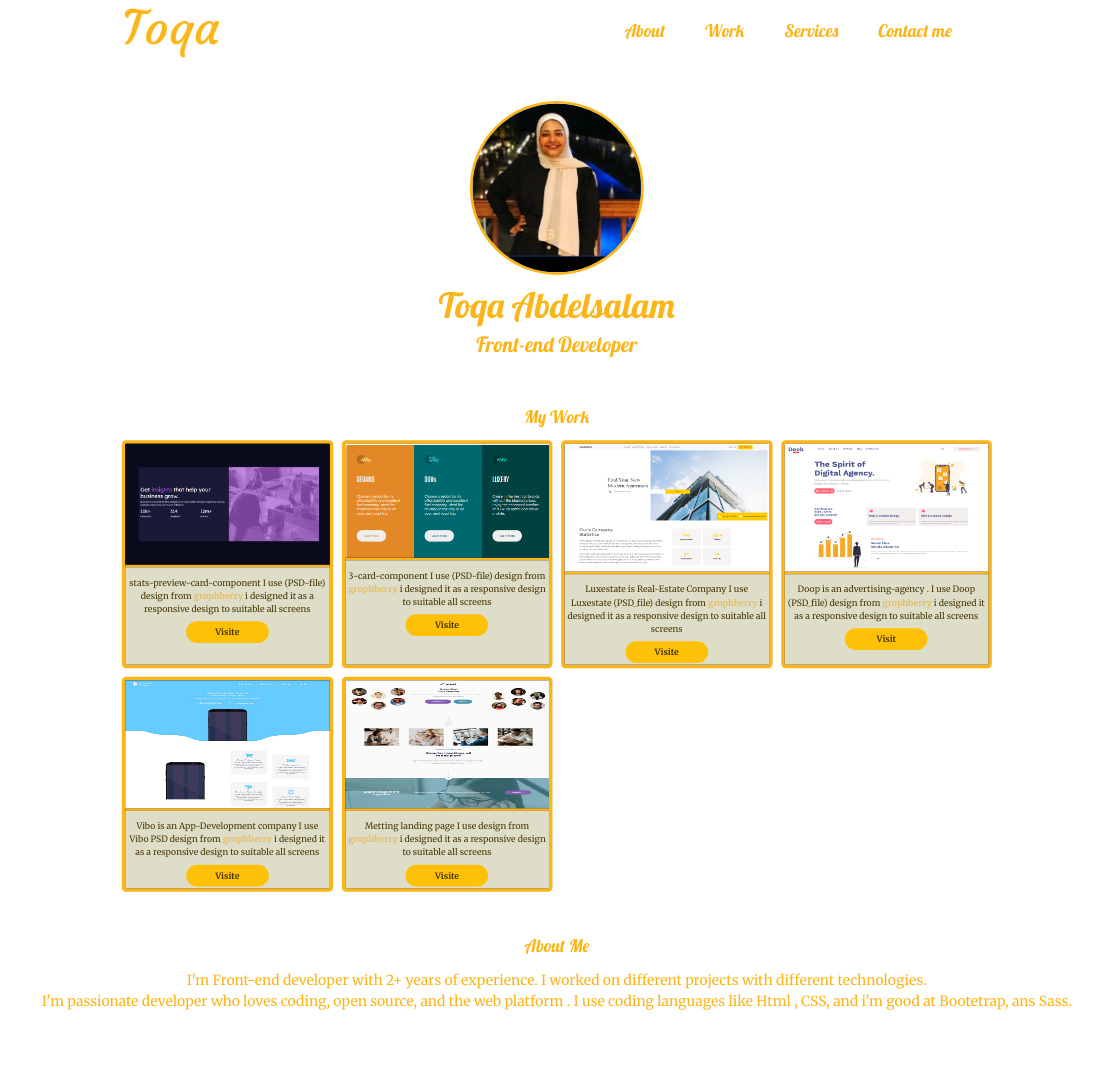
Repository: Toqa-25/portfolio
Page: index.html
An editor plug-in stored every save of this project. The page is shown before and after the next save, followed by the edit.
The browser window is 1280 px wide. The pictures show the whole page, at 87% of full size.
Some web fonts or font styles are not loaded; a fallback is used.

Above is the page before, as saved 2021-10-31 15:48:04.

After the next save:
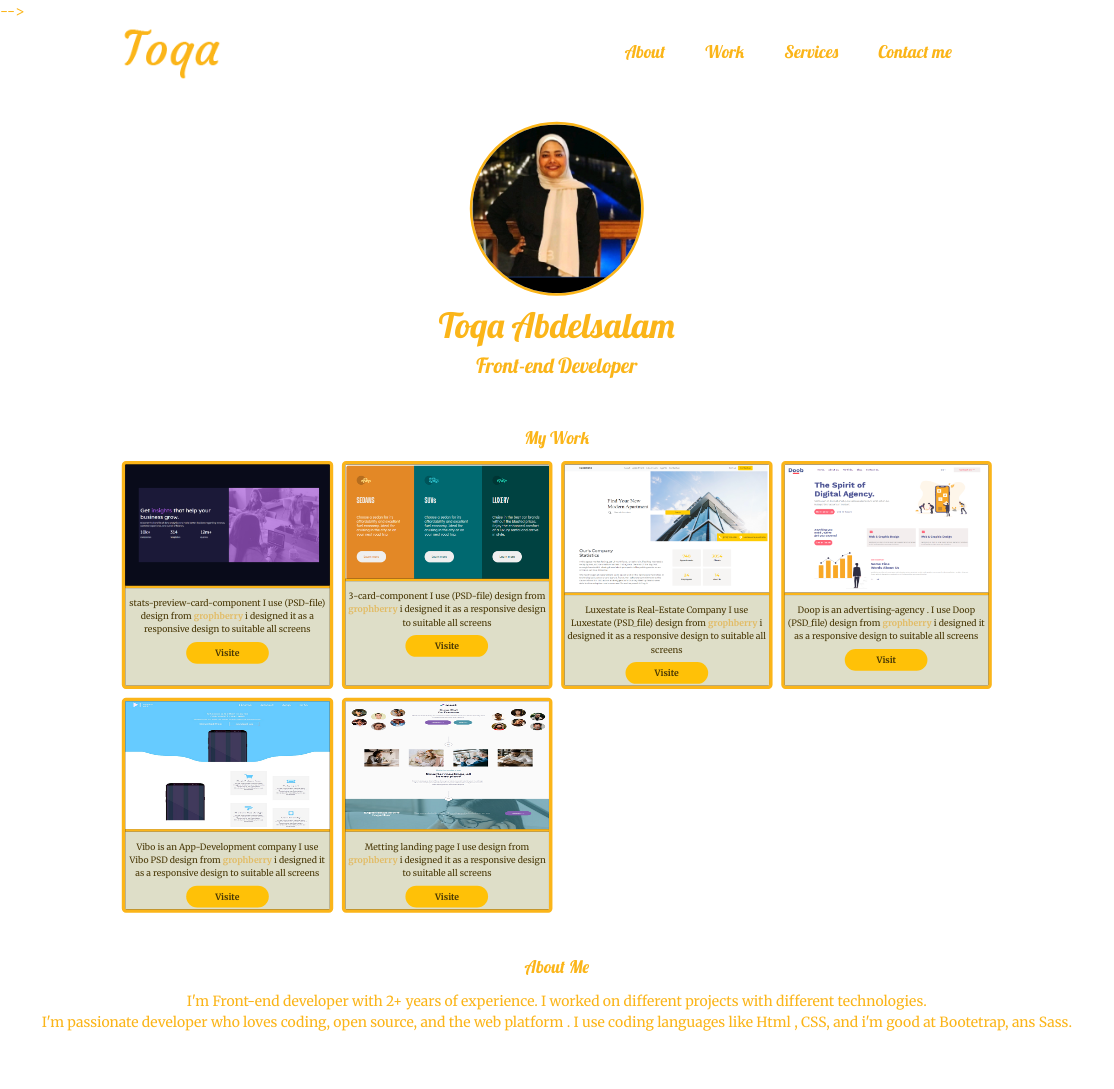
Saved 6 s later.
--- a/index.html
+++ b/index.html
@@ -22,8 +22,7 @@
 <link href="https://fonts.googleapis.com/css2?family=Bebas+Neue&family=Oswald:wght@200;300;400;500;600;700&display=swap" rel="stylesheet">
 </head>
 <body>
-
-  <!-- header section -->
+ -->
     <header class="section">
        <nav class="container">
            <img src="images/logo.png" alt="logo">

After the save that followed:
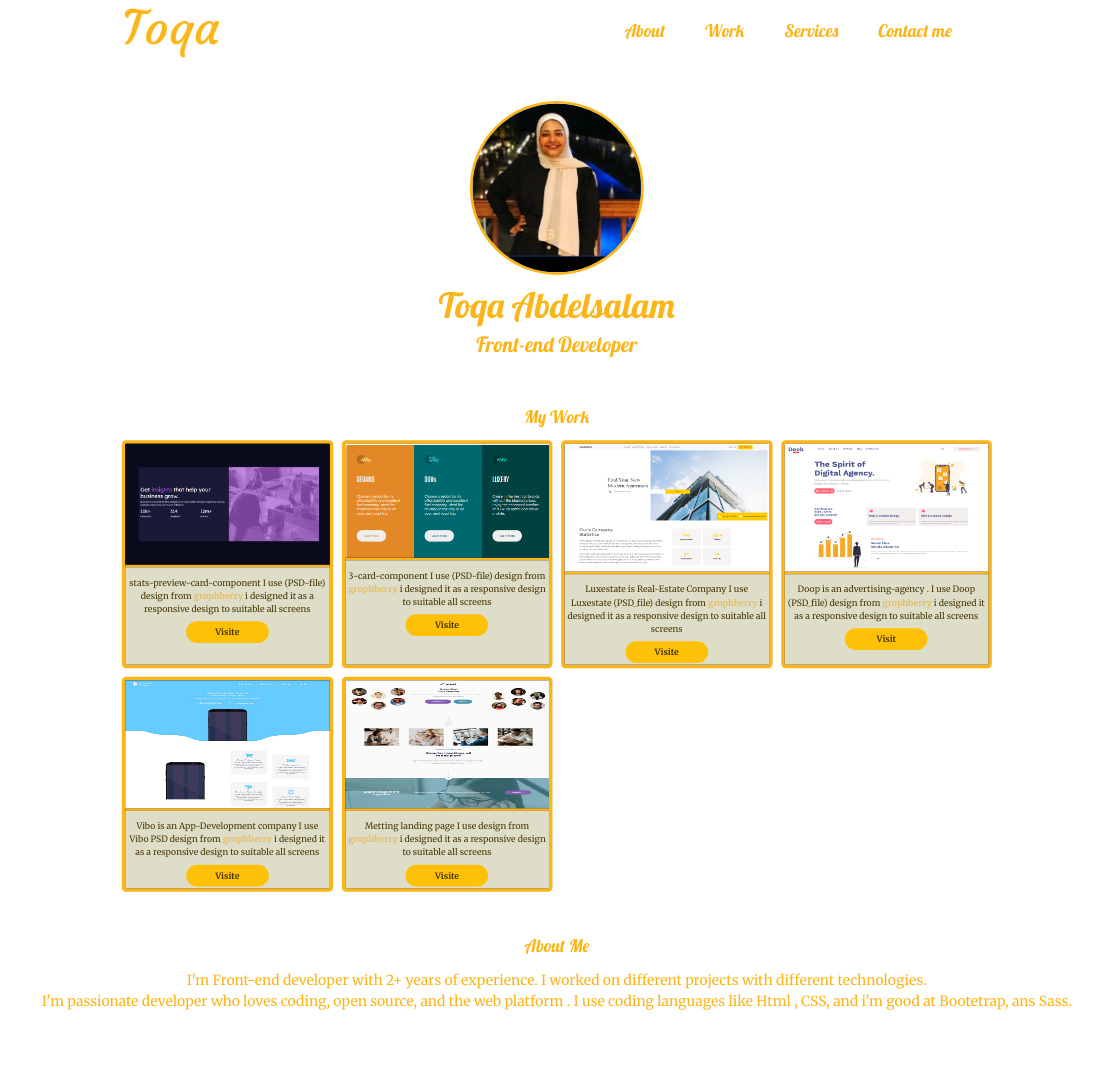
Saved 6 s later.
--- a/index.html
+++ b/index.html
@@ -22,7 +22,7 @@
 <link href="https://fonts.googleapis.com/css2?family=Bebas+Neue&family=Oswald:wght@200;300;400;500;600;700&display=swap" rel="stylesheet">
 </head>
 <body>
- -->
+
     <header class="section">
        <nav class="container">
            <img src="images/logo.png" alt="logo">
